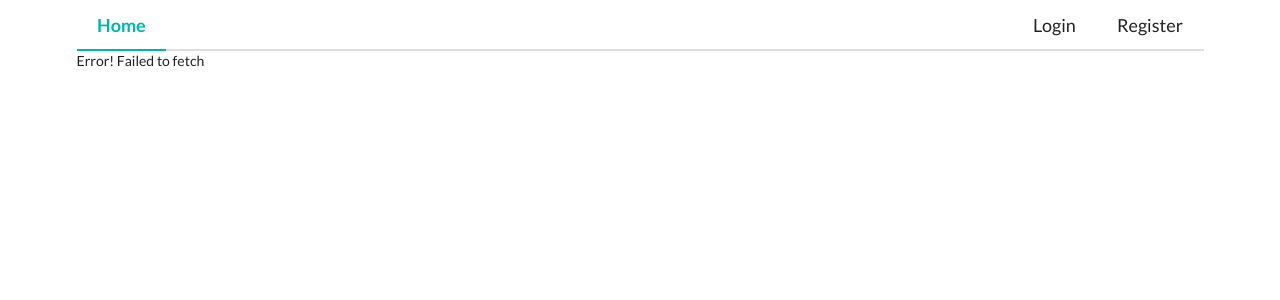
Repository: m-ahmadshaikh/SociaSpark
Page: / (app in client/)
An editor plug-in stored every save of this project. The page is shown before and after the next save, followed by the edit.
The browser window is 1280 px wide. The pictures show the whole page.
The project was rebuilt for these pictures with package versions that can differ from the ones it lists, and the page was loaded fresh each time. Also part of the build but not shown: client/vite.config.js, client/src/components/PostCard.jsx, client/src/hooks/useForm.jsx, client/src/components/PostForm.jsx, client/src/utils/getFormErrors.jsx, client/src/pages/Login.jsx, client/src/pages/Register.jsx, client/src/shared/AuthRoute.jsx.

Above is the page before, as saved 2022-10-24 12:05:59.

After the next save:
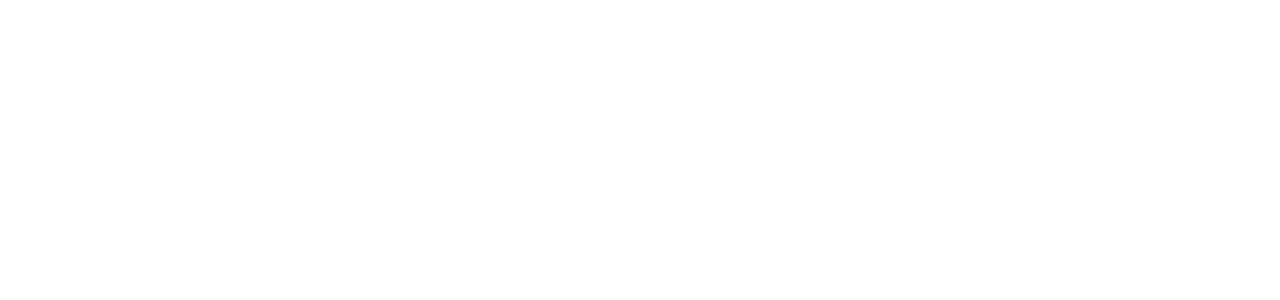
Console error (its wording comes from the project's code and is left out).
Saved 28 s later.
--- a/client/src/components/LikeButton.jsx
+++ b/client/src/components/LikeButton.jsx
@@ -1,5 +1,8 @@
+import { gql } from '@apollo/client';
 import React, { useEffect, useState } from 'react';
 import { Button, Icon, Label } from 'semantic-ui-react';
+
+const likePost = gql``;
 
 export default function LikeButton({
   post: { username, id, likes, likeCount },

After the save that followed:
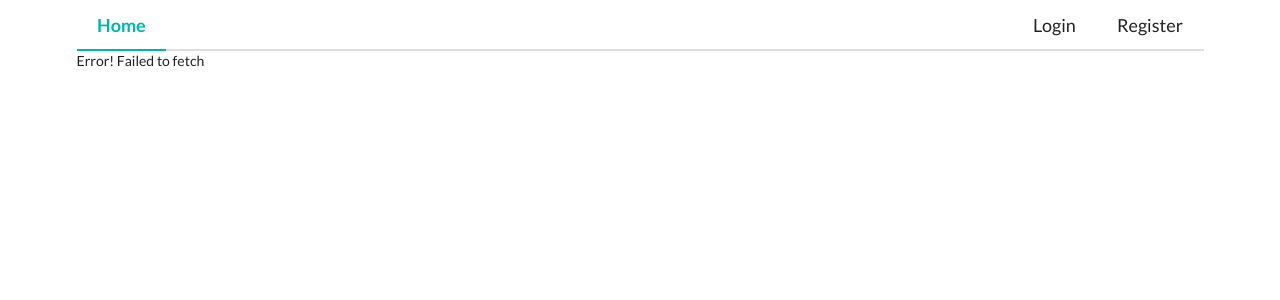
The error is gone.
Saved 83 s later.
--- a/client/src/components/LikeButton.jsx
+++ b/client/src/components/LikeButton.jsx
@@ -2,7 +2,15 @@
 import React, { useEffect, useState } from 'react';
 import { Button, Icon, Label } from 'semantic-ui-react';
 
-const likePost = gql``;
+const LIKE_POST = gql`
+  mutation likePost($postId: ID!) {
+    likePost(postId: $postId) {
+      id
+      username
+      likeCount
+    }
+  }
+`;
 
 export default function LikeButton({
   post: { username, id, likes, likeCount },
